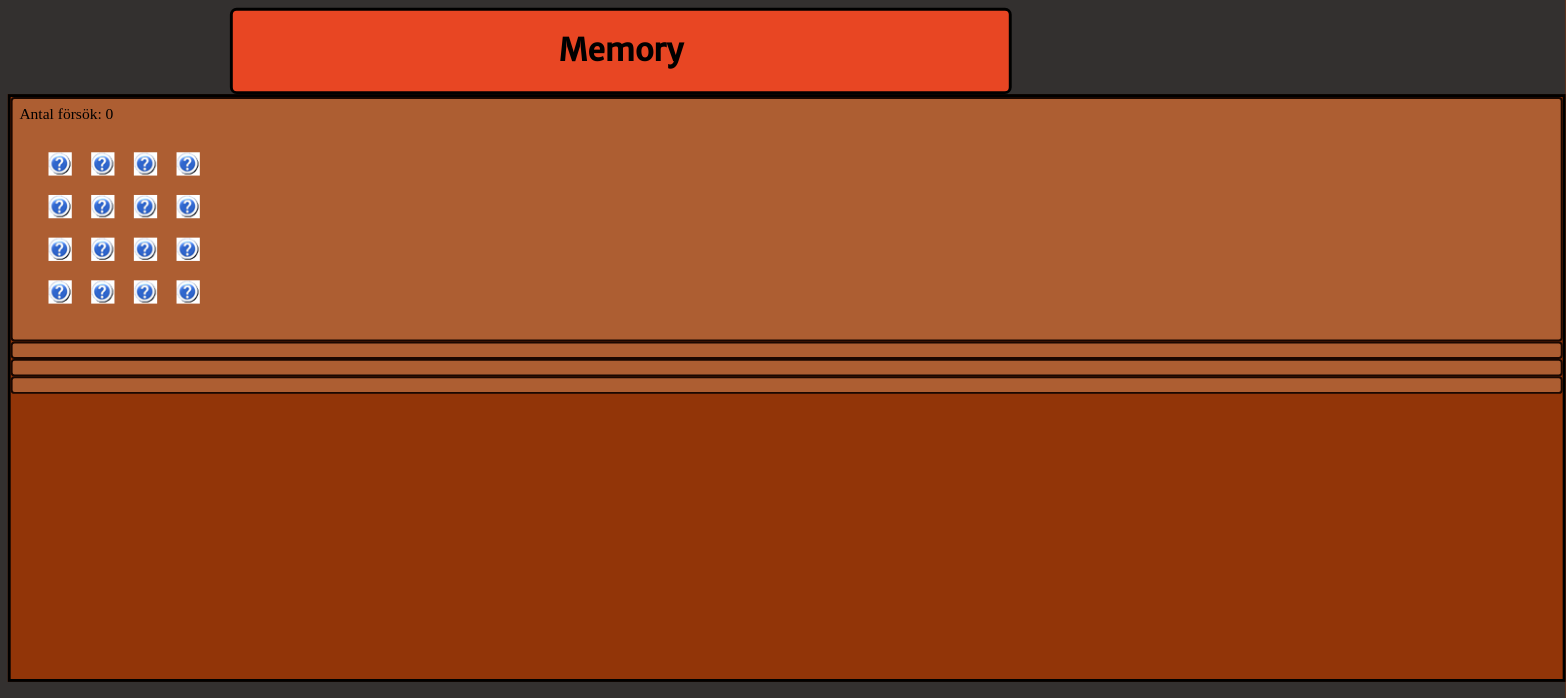
Repository: mi222eh/1dv403-laborationer
Page: 3-gameon/memory/index.html
The author's editor kept a record of every edit. The page is drawn from the files as they stood at one moment, then again after the next edit.
The browser window is 1280 px wide. The page is 1614 px wide, so the pictures cover 1614 px, including what lies to the right of the window. The pictures show the whole page, at 97% of full size.

Above is the page before.
Console error: ReferenceError: resetButton is not defined

### 3-gameon/memory/index.html
<!DOCTYPE html>
<html lang="sv">
    <head>
        <meta charset="utf-8" />
        <title>Memory</title>
        <link rel="stylesheet" href="css/basic.css" type="text/css" />
    </head>
    <body>
        <div id="head">
            <header>
                <h1>
                    Memory
                </h1>
            </header>
        </div>
        <div id="gamingBoard">

            <div id="game1" class="gaming"></div>
            <div id="game2" class="gaming"></div>
            <div id="game3" class="gaming"></div>
            <div id="game4" class="gaming"></div>
        </div>

        <script type="text/javascript" src="script/memory.js"></script>
        <script type="text/javascript" src="script/random.js"></script>
        <script type="text/javascript" src="script/script.js"></script>
        <script type="text/javascript" src="script/games.js"></script>
    </body>
</html>

### 3-gameon/memory/css/basic.css
@import url(https://fonts.googleapis.com/css?family=Merriweather+Sans);

body {
    background-color:#33302F;
}

#head {
    margin:0 auto;
    width:800px;
    background-color:#E84623;
    text-align:center;
    border:solid #000000 3px;
    border-radius:7px;
    font-family:"Merriweather Sans";
}


#gamingBoard{
    width:1600px;
    min-height:600px;
    background-color:#923508;
    margin:0 auto;
    border:solid 3px;
}

#gamingBoard > div{
    display:block;
    border: solid #190701 2px;
    border-radius:4px;
    padding:7px;
    background-color:#AD5E32;
}

.bricks{
    padding:20px;
}

.row{
    display:block;
}

.row > div{
    display:inline-block;
    padding:10px;

}

.row div > a{
    display:block;
    background-color:#FFFFFF;
    font-size:22px;
    width:24px;
    height:24px;
    text-decoration:none;
    color:#000000;
}
.row div a img {
    text-align:center;
}
.row div a:focus{
    box-shadow:0px 0px 0px 5px #207D27;
}

div.rightPadding{
    padding-top:10px;
    padding-bottom:10px;
    padding-left:10px;
    padding-right:100px;
}

.gaming ._tries {
    display:inline-block;
}

._win {
    color:#1E4A0B;
    font-size:24px;
}

### 3-gameon/memory/script/memory.js
"use strict"

function MemoryGame(row, col, gameID, gameLayoutID){

    //Variabler som kommer att användas
    var focusX = 0;                                             //Fixerar fokuset (X)
    var focusY = 0;                                             //Fixerar fokuset (Y)
    var THIS = this;
    var memory_Values = [];                                     //ska lagra 2 värden (brickorna)
    var numberOfSuccess = 0;                                    //lager för antalet succéer (kommer att avgöra när segerTexten kommer)
    var numberOfTries = 0;

    //<-----           Metoder till variablerna            ------>//
    this.setfocusX = function(i){focusX = i};
    this.setfocusY = function(i){focusY = i};

    this.addnumberOfTries = function(i){numberOfTries += i;};
    this.getnumberOfTries = function(){return numberOfTries};

    this.addnmberOfSuccess = function(i){numberOfSuccess += i};
    this.getnumberOfSuccess = function(){return numberOfSuccess};

    this.getgameLayoutID = function(){return gameLayoutID};
    this.getgameID = function(){return gameID};

    this.getRow = function(){return row};
    this.getCol = function(){return col};

    this.getPosition = function(i){return Position[i]};
    this.setPosition = function(ref){Position.push(ref)};
    this.getPositionArray = function(){return Position};

    this.setmemoryValue = function(ref){memory_Values.push(ref)};
    this.getmemoryValue = function(i){return memory_Values[i]};
    this.getWholememoryValue = function(){return memory_Values};
    this.clearmemoryValue = function(){memory_Values = []};

    /*
    this.resetValues = function(){
        if (this.listenToClick) {
        numberOfSuccess = 0;
        numberOfTries = 0;
        memory_Values = [];
        Position = RandomGenerator.getPictureArray(this.getRow(), this.getCol());
        }
    };
    */

    //<-------          Metoder för fokuset             ----->//
    this.handleDown = function(){
        if ((focusY + 1) < (row)) {
            focusY += 1;
        }
        this.focus();
    };
    this.handleUp = function(){
      if ((focusY - 1) >= 0) {
          focusY += -1;
      }
      this.focus();
    };
    this.handleLeft = function(){
        if ((focusX - 1) >= 0) {
            focusX += -1;
        }
        this.focus();
    };
    this.handleRight = function(){
        if ((focusX+1) < (col)) {
            focusX += 1;
        }
        this.focus();
    };
    this.focus = function(){
        var targetFocus = document.getElementById(gameID).getElementsByClassName('bricks')[0];
        var rowNumber = targetFocus.childNodes[focusY];
        var columnNumber = rowNumber.childNodes[focusX];
        columnNumber.childNodes[0].focus();
    };


    //                  Array för slumpade siffror
    var Position = RandomGenerator.getPictureArray(this.getRow(), this.getCol());

    //              Område för spelplanen@
    this.area = document.getElementById(gameID);

    this.listenToClick = true;


}
    ////<-------          (Test) Metod för att återställa spelplanen   ------>//
    MemoryGame.prototype.reset = function(_this){
        _this.area.innerHTML = "";
        _this.resetValues();
        _this.generateGame();

    };
    //<-------          Metod för att generera spelplanen   ------>//
    MemoryGame.prototype.generateGame = function(){
        var _this = this;

        /*//<--bara för test-->//
        var resetButton = document.createElement('button');
        var resetText = document.createTextNode("Reset");
        resetButton.appendChild(resetText);
        resetButton.setAttribute("type", "button");
        resetButton.addEventListener("click", function(){
            _this.reset(_this)
        });


        //<--slut på test-->//
        */
        //Generar allt gemensamt här...
        var gameInfoDiv = document.createElement('div');
        var textNode = document.createTextNode('Antal försök: ');
        var divtext = document.createElement('div');
        var divWin = document.createElement('div');
        var divNumber = document.createElement('div');

        divNumber.classList.add('_tries');
        divWin.classList.add('_win');

        divtext.appendChild(textNode);
        divtext.appendChild(divNumber);
        gameInfoDiv.appendChild(divtext);
        gameInfoDiv.appendChild(divWin);
        this.area.appendChild(gameInfoDiv);

        //Beorende på ID, skapa layout
        if (this.getgameLayoutID() === 0) {

            this.area.appendChild(this.layout0());
        }
        else if (this.getgameLayoutID() === 1) {

            this.area.appendChild(this.layout1());
        }
        this.updateNumbers();
        this.area.appendChild(resetButton);
    };

    // <------- För ID 0-------->//
    MemoryGame.prototype.layout0 = function(){
        var i,m, img, coldiv, rowdiv, a;
        var _this = this;

        var picture = 0;

        var masterdiv = document.createElement('div');
        masterdiv.classList.add('bricks');

        for (i = 0; i < this.getRow(); i+=1) {

            rowdiv = document.createElement('row');
            rowdiv.classList.add('row');
            for (m = 0; m < Math.floor((this.getCol()/2)); m+=1) {

                coldiv = document.createElement('div');
                img = document.createElement('img');
                a = document.createElement('a');

                //konfigurationer
                img.setAttribute("alt", "?");
                img.setAttribute("height", "24px");
                img.setAttribute("width", "24px");
                img.setAttribute("src", "pics/0.png");
                img.classList.add("brick_" + picture);

                a.setAttribute("href", "#");
                a.addEventListener("click", function(event) {
                    _this.clickAction(event, _this);
                 });
                        a.addEventListener("keypress", function(event) {
                        _this.navigation(event, _this);
                 });

                //sätta dit
                a.appendChild(img);
                coldiv.appendChild(a);

                rowdiv.appendChild(coldiv);
                picture += 1;
                if (m === (Math.floor((this.getCol()/2)-1))) {
                    coldiv.classList.add('rightPadding');
                }

            }

            for (m = Math.floor((this.getCol()/2)); m < this.getCol() ; m+=1) {
                coldiv = document.createElement('div');
                img = document.createElement('img');
                a = document.createElement('a');

                //konfigurationer
                img.setAttribute("alt", "?");
                img.setAttribute("height", "24px");
                img.setAttribute("width", "24px");
                img.setAttribute("src", "pics/0.png");
                img.classList.add("brick_" + picture);

                a.setAttribute("href", "#");
                a.addEventListener("click", function(event) {
                    _this.clickAction(event, _this);
                 });
                        a.addEventListener("keypress", function(event) {
                        _this.navigation(event, _this);
                 });

                //sätta dit
                a.appendChild(img);
                coldiv.appendChild(a);

                rowdiv.appendChild(coldiv);
                picture += 1;
                if (m === Math.floor((this.getCol()/2))) {
                    coldiv.classList.add('leftPadding');
                }
            }
            masterdiv.appendChild(rowdiv);
        }
        _this.listenToClick = true;
        return masterdiv;
    };

    // <------- För ID 1-------->//
    MemoryGame.prototype.layout1 = function(){
        var _this = this;

        //Variabel för att hålla koll på antalet bilder...
        var picture = 0;

        //En div som håller alla brickor
        var masterdiv = document.createElement('div');
        masterdiv.classList.add('bricks');

        //<------- Generar rad och kolumn beroende av parametrarna ------>//
        for (var i = 0; i < this.getRow(); i+=1) {

            var rowdiv = document.createElement('div');
            rowdiv.classList.add('row');                    //klass skapas för stilmallen

            for (var m = 0; m < this.getCol(); m+=1) {

                //taggar
                var coldiv = document.createElement('div');
                var img = document.createElement('img');
                var a = document.createElement('a');

                //konfigurationer
                img.setAttribute("alt", "?");
                img.setAttribute("height", "24px");
                img.setAttribute("width", "24px");
                img.setAttribute("src", "pics/0.png");
                img.classList.add("brick_" + picture);

                a.setAttribute("href", "#");
                a.addEventListener("click", function (event) {
                    _this.clickAction(event, _this);
                });
                a.addEventListener("keypress",function (event) {
                    _this.navigation(event, _this);
                });


                //sätta dit
                a.appendChild(img);
                coldiv.appendChild(a);

                rowdiv.appendChild(coldiv);
                picture += 1;
            }
            masterdiv.appendChild(rowdiv);
        }

        return masterdiv;           //returnera mäster-diven
    };

    //<------- Metod för navigation ------->//
    MemoryGame.prototype.navigation = function(event, _this){
        var code = event.keyCode;

        switch (code) {
            case 38:
                _this.handleUp();
                event.preventDefault();
                break;

            case 37:
                _this.handleLeft();
                event.preventDefault();
                break;

            case 39:
                _this.handleRight();
                event.preventDefault();
                break;

            case 40:
                _this.handleDown();
                event.preventDefault();
                break;

            default:
        }
    }

    //<--------------   Metod för klickhändelser (då en bricka ska vändas) -------->//
    MemoryGame.prototype.clickAction = function(event, _this){

            if (_this.listenToClick) {

                    event.preventDefault();

                    var a = event.currentTarget;

                    var aClone = a.cloneNode(true);

                    //Ersätt a med klonad a (för att ta bort listeners)
                    a.parentNode.replaceChild(aClone, a);

                    var image = aClone.childNodes[0];
                    var index = image.getAttribute('class').slice(6);




                    //Nya attribut på bilden sätts
                    image.setAttribute("alt", _this.getPosition(index));
                    image.setAttribute("src", "pics/" + _this.getPosition(index) + ".png");



                    //Hoppsan, "keypress" gick också bort
                    aClone.addEventListener("keypress", function (event) {
                        _this.navigation(event, _this);
                    });


                    _this.checkValues(aClone.childNodes[0]);
                    _this.setXAndYFocus(aClone);
            }






    };

    //<------------------- Kontroll av värden (och lagrande) ---------->//
    MemoryGame.prototype.checkValues = function(targetValue){

        var _this = this;

        //Sätt in referensen till image-taggen i arrayen
        _this.setmemoryValue(targetValue);
        console.log(_this.getWholememoryValue());

        //Kolla arrayens storlek (förutsätter att den blir högst två, men man vet aldrig)
        if (_this.getWholememoryValue().length >= 2) {


            if(_this.validateValues()){

                _this.addnmberOfSuccess(2);
                _this.clearmemoryValue();
            }

            else{
                _this.listenToClick = false;
                setTimeout(_this.flipBack, 1000, _this);

            }
            _this.addnumberOfTries(1);
            _this.updateNumbers();

        }
    };

    //<----------------  Jämför värden i arrayen ------------->//
    MemoryGame.prototype.validateValues = function(){

        //hämta ut till en lokal variabel
        var img1 = this.getmemoryValue(0);
        var img2 = this.getmemoryValue(1);

        var pos1 = img1.getAttribute('class').slice(6);
        var pos2 = img2.getAttribute('class').slice(6);

        if (this.getPosition(pos1) === this.getPosition(pos2)) {
          return true;
        }

        else{
            return false;
        }
    };

    //<------------------ Ansvara för att vända tillbaka brickorna ------------>//
    MemoryGame.prototype.flipBack = function(_this){

        console.log(_this);
        //sätt attribut och alt...
        _this.getmemoryValue(0).setAttribute("src", "pics/0.png");
        _this.getmemoryValue(0).setAttribute("alt", "?");

        _this.getmemoryValue(1).setAttribute("src", "pics/0.png");
        _this.getmemoryValue(1).setAttribute("alt", "?");

        //Lägg till listeners igen
        _this.getmemoryValue(0).parentNode.addEventListener("click", function (event) {
                    _this.clickAction(event, _this);
                 });
        _this.getmemoryValue(1).parentNode.addEventListener("click", function (event) {
                    _this.clickAction(event, _this);
                 });

        _this.clearmemoryValue();
        setTimeout(function() {_this.listenToClick = true;}, 100);

    };

    //<------------------ Uppdaterar numret ------------>//
    MemoryGame.prototype.updateNumbers = function(){
        var placeToWriteNumber = document.getElementById(this.getgameID()).getElementsByClassName('_tries')[0];
        placeToWriteNumber.innerHTML = this.getnumberOfTries();

        if (this.getnumberOfSuccess() === this.getPositionArray().length) {
            var winplace = document.getElementById(this.getgameID()).getElementsByClassName('_win')[0];
            winplace.innerHTML = "Memory: avklarat";
        }
    };

    //<------------------ X och Y focus (tillagd för att inte göra konflikt med onClick eventet) ------------>//
    MemoryGame.prototype.setXAndYFocus = function(focusingTarget){
        var x = 0, y = 0, tmpTarget;

        focusingTarget = focusingTarget.parentNode;

        tmpTarget = focusingTarget;

        while ((focusingTarget = focusingTarget.previousSibling) != null){
            x += 1;
        }
        var YNode = tmpTarget.parentNode;

        while ((YNode = YNode.previousSibling) != null){
            y += 1;
        }

        this.setfocusX(x);
        this.setfocusY(y);
        this.focus();
    };

### 3-gameon/memory/script/random.js
var RandomGenerator = {

	/*
		Denna metod tar antalet rader och columner som inparameter.

		Metoden returnerar en array innehållandes utslumpade tal mellan 1 och (rows*cols)/2. Varje tal representeras två
		gånger och motsvarar således en spelbricka.

		I en 4*4 matris kan Arrayen t.ex. se ut så här:
		[1,2,6,8,6,2,5,3,1,3,7,5,8,4,4,7]

		I en 2*4 matris kan Arrayen t.ex. se ut så här:
		[3,4,4,1,2,1,2,3]
	*/

	getPictureArray: function(rows, cols)
	{
		var numberOfImages = rows*cols;
		var maxImageNumber = numberOfImages/2;

	   	var imgPlace = [];

	   //Utplacering av bilder i Array
	   for(var i=0; i<numberOfImages; i++)
		  imgPlace[i] = 0;

		for(var currentImageNumber=1; currentImageNumber<=maxImageNumber; currentImageNumber++)
		{
			var imageOneOK = false;
			var imageTwoOK = false;

			do
			{
				if(imageOneOK == false)
				{
					var randomOne = Math.floor( (Math.random() * (rows*cols-0) + 0) );

					if( imgPlace[randomOne] == 0 )
					{
						imgPlace[randomOne] = currentImageNumber;
						imageOneOK = true;
					}
				}

				if(imageTwoOK == false)
				{
					var randomTwo = Math.floor( (Math.random() * (rows*cols-0) + 0) );

					if( imgPlace[randomTwo] == 0 )
					{
						imgPlace[randomTwo] = currentImageNumber;
						imageTwoOK = true;
					}
				}
			}
			while(imageOneOK == false || imageTwoOK == false);
		}

		return imgPlace;
	}
}

### 3-gameon/memory/script/script.js
"use strict"

window.onload = function(){
    myGames.init();
};

document.onkeydown = function(e){
    var code = e.keyCode;

    console.log(code);

    switch (code) {
        case 38:
            handleUp();
            e.preventDefault();
            break;

        case 37:
            handleLeft();
            e.preventDefault();
            break;

        case 39:
            handleRight();
            e.preventDefault();
            break;

        case 40:
            handleDown();
            e.preventDefault();
            break;

        default:
            // code
    }

};

### 3-gameon/memory/script/games.js
"use strict"

var myGames = {
    init: function(){
        var game1 = new MemoryGame(4, 4, "game1", 1);
        var game2 = new MemoryGame(4, 4, "game2", 0);
        game1.generateGame();
        game2.generateGame();


        game1.focus();
    }
};

After the next edit:
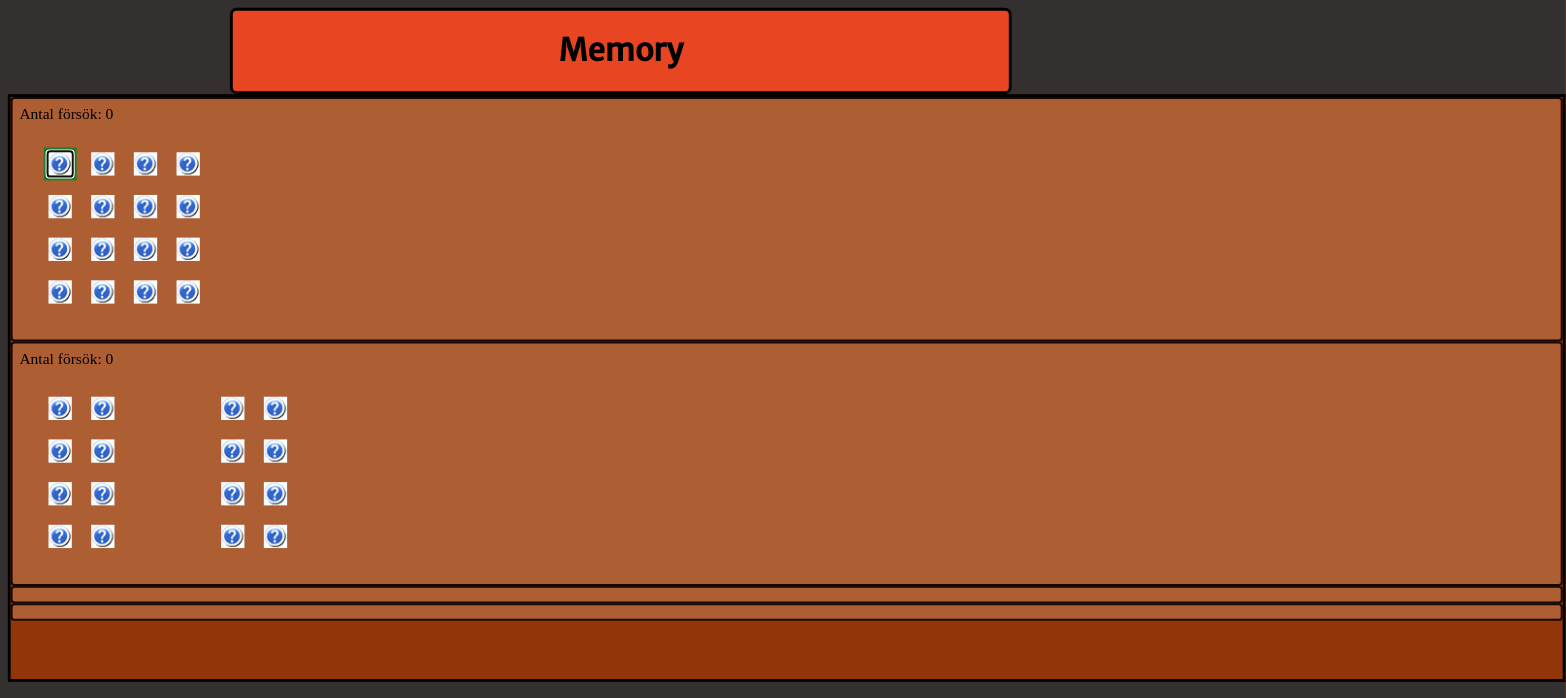
The error is gone.
The edit:
--- a/3-gameon/memory/script/memory.js
+++ b/3-gameon/memory/script/memory.js
@@ -138,7 +138,6 @@
             this.area.appendChild(this.layout1());
         }
         this.updateNumbers();
-        this.area.appendChild(resetButton);
     };
 
     // <------- För ID 0-------->//
